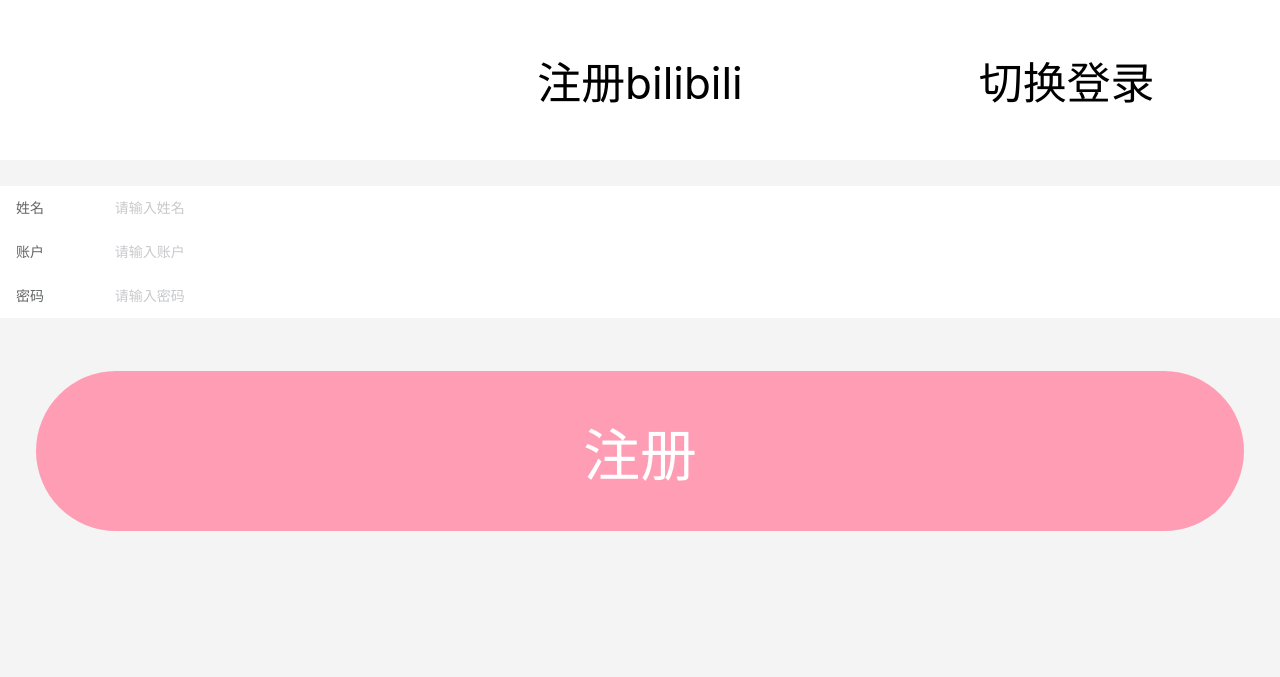
Repository: caiys666/bilibili
Page: /
The author's editor kept a copy of each file at every save. The page is drawn from the files as they stood at one save, then again after the next save.
The browser window is 1280 px wide. The pictures show the whole page.
The project was rebuilt for these pictures with package versions that can differ from the ones it lists, and the page was loaded fresh each time. Also part of the build but not shown: src/components/HelloWorld.vue, src/views/Home.vue.

Above is the page before, as saved 2020-10-01 20:36:25.

### src/main.js
import Vue from 'vue';
import App from './App.vue';
import router from './router';
import store from './store';
import Vant from 'vant';
import 'vant/lib/index.css';
import http from '../http'
import { Toast } from 'vant';

Vue.prototype.$msg = Toast
Vue.prototype.$http = http
Vue.use(Vant);
Vue.config.productionTip = false

new Vue({
  router,
  store,
  render: h => h(App)
}).$mount('#app')

### src/App.vue
<template>
<div id="app">

    <router-view />
</div>
</template>

<style>
body {
    margin: 0;
    padding: 0;
    box-sizing: border-box;
    background-color: #f4f4f4;
}
</style>

### src/router/index.js
import Vue from 'vue'
import VueRouter from 'vue-router'
import Home from '../views/Home.vue'

Vue.use(VueRouter)

const routes = [
  {
    path: '/home',
    name: 'Home',
    component: Home
  },
  {
    path: '/login',
    name: 'Login',
    component: () => import(/* webpackChunkName: "about" */ '../views/Login.vue')
  },
  {
    path: '/',
    name: 'Register',
    // route level code-splitting
    // this generates a separate chunk (about.[hash].js) for this route
    // which is lazy-loaded when the route is visited.
    component: () => import(/* webpackChunkName: "about" */ '../views/register.vue')
  }
]

const router = new VueRouter({
  routes
})

export default router

### http.js
import axios from 'axios'

const http = axios.create({
    baseURL:'http://112.74.99.5:3000/web/api'
})

export default http

### src/views/register.vue
<template>
  <div>
    <login-top middleTop="注册bilibili">
      <div slot="right" @click="$router.push('/login')">切换登录</div>
    </login-top>
    <login-text
      style="margin-top: 2vw"
      label="姓名"
      placeholder="请输入姓名"
      rule="^.{6,16}$"
      @inputChange="(res) => (model.name = res)"
    ></login-text>
    <login-text
      label="账户"
      placeholder="请输入账户"
      rule="^.{6,16}$"
      @inputChange="(res) => (model.username = res)"
    ></login-text>
    <login-text
      label="密码"
      placeholder="请输入密码"
      type="password"
      rule="^.{6,16}$"
      @inputChange="(res) => (model.password = res)"
    ></login-text>
    <login-btn @registerSubmit="registerSubmit" btntext="注册"></login-btn>
  </div>
</template>

<script>
import LoginTop from "../components/commn/LoginTop.vue";
import LoginText from "../components/commn/LoginText.vue";
import LoginBtn from "../components/commn/LoginBtn";
export default {
  data() {
    return {
      model: {
        name: "",
        username: "",
        password: "",
      },
    };
  },
  methods: {
    async registerSubmit() {
      let rulg = /^.{6,16}$/;
      if (
        rulg.test(this.model.name) &&
        rulg.test(this.model.username) &&
        rulg.test(this.model.password)
      ) {
        const res = await this.$http.post("/register", this.model);
        this.$msg.fail(res.data.msg)
        /*-------------------------------------------*/
      } else{
          this.$msg.fail('格式不正确！请重新输入')
      }
    },
  },
  components: {
    LoginTop,
    LoginText,
    LoginBtn,
  },
};
</script>

<style scoped></style>

### src/components/commn/LoginTop.vue
<template>
<div>
    <div class="LoginTop">
        <div></div>
        <div>{{middleTop}}</div>
        <div>
            <slot name="right"/>
        </div>
    </div>
</div>
</template>

<script>
export default {
    props: ['middleTop'],
}
</script>

<style scoped>
.LoginTop {
    height: 12.5vw;
    background-color: white;
    display: flex;
}

.LoginTop div {
    display: flex;
    flex: 1;
    justify-content: center;
    align-items: center;
    font-size: 3.433vw;
}
</style>

### src/components/commn/LoginText.vue
<template>
<div id="LoginText">
    <van-field v-model="content" :label="label" :placeholder="placeholder" :type="type" :rule="rule" />
</div>
</template>

<script>
export default {
    name: "LoginText",
    data() {
        return {
            content: "",
        };
    },
    props: ["label", "type", "placeholder", "rule"],
    methods: {
        handlerrulg() {
            const rule = new RegExp(this.rule);
            if (rule.test(this.content)) {
                console.log("正则校验成功！");
                this.$emit("inputChange", this.content);
            }
        },
    },
    watch: {
        content() {
            this.handlerrulg();
        },
    },
};
</script>

<style scoped>
</style>

### src/components/commn/LoginBtn.vue
<template>
  <div class="btnparent" @click="registerClick">
    <div class="loginbtn">{{ btntext }}</div>
  </div>
</template>

<script>
export default {
  props: ["btntext"],
  methods: {
    registerClick() {
      this.$emit("registerSubmit");
    },
  },
};
</script>

<style scoped>
.btnparent {
  padding: 4.167vw 2.778vw;
}

.loginbtn {
  height: 12.5vw;
  background-color: #ff9db5;
  color: white;
  display: flex;
  justify-content: center;
  align-items: center;
  font-size: 4.444vw;
  border-radius: 6.75vw;
}
</style>

Loaded but not shown: public/index.html (common file); src/store/index.js (common file)

After the next save:
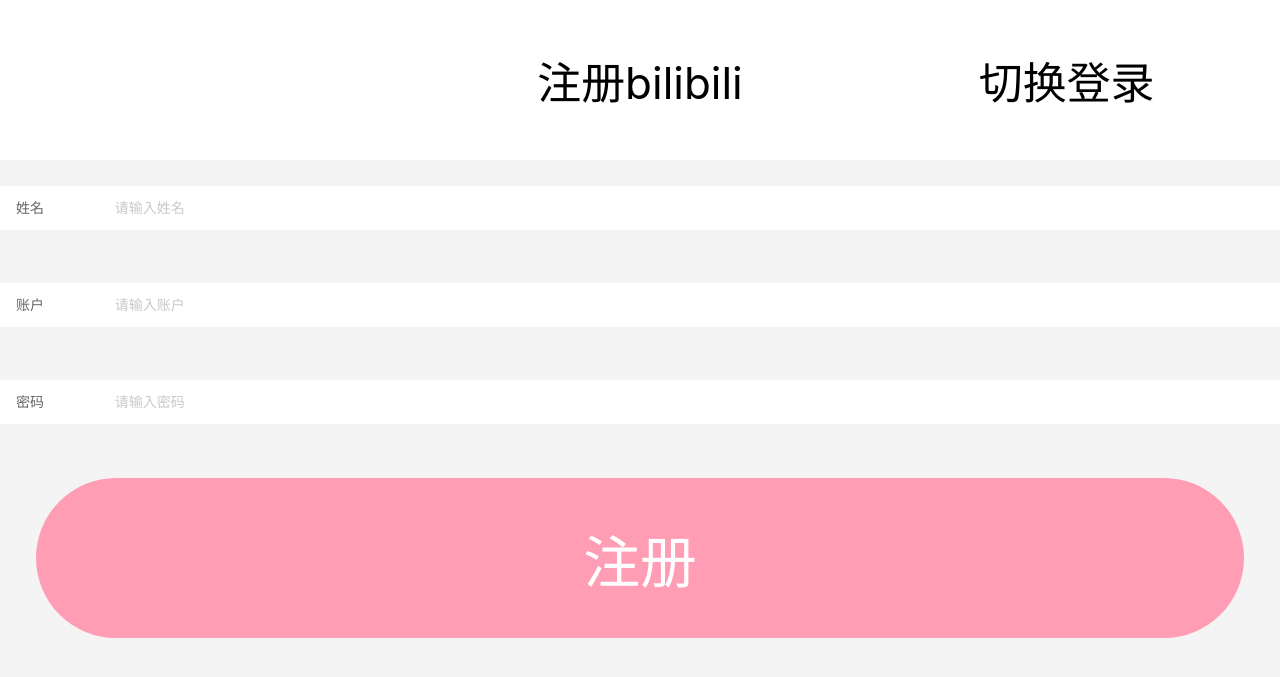
Saved 88 s later.
--- a/src/components/commn/LoginText.vue
+++ b/src/components/commn/LoginText.vue
@@ -31,4 +31,7 @@
 </script>
 
 <style scoped>
+#LoginText{
+    margin-top: 4.167vw;
+}
 </style>
